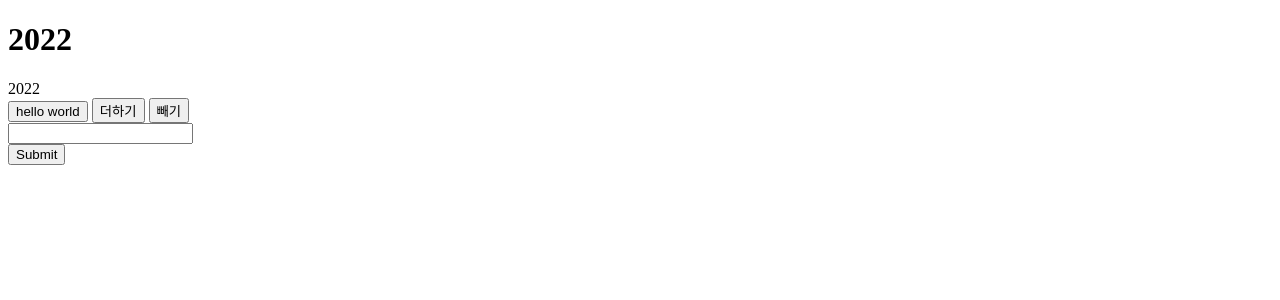
Repository: RyuGeunHwan/code_J
Page: Vuejs/22-08-09 vuejs 이벤트.html
These files come from the project's save history. The page is drawn as it stood at one moment and after the next save; the edit follows.
The browser window is 1280 px wide. The pictures show the whole page.

Above is the page before, as saved 2022-08-09 14:54:01.

### Vuejs/22-08-09 vuejs 이벤트.html
<!DOCTYPE html>
<html lang="en">
<head>
    <meta charset="UTF-8">
    <meta http-equiv="X-UA-Compatible" content="IE=edge">
    <meta name="viewport" content="width=device-width, initial-scale=1.0">
    <title>vuejs 이벤트</title>
    <!-- vue CDN -->
    <script src="https://cdn.jsdelivr.net/npm/vue/dist/vue.js"></script>
    <script src="https://cdn.jsdelivr.net/npm/vue@2.6.0"></script>
    <script type="module">
        import Vue from 'https://cdn.jsdelivr.net/npm/vue@2.6.12/dist/vue.esm.browser.js'
      </script>
</head>
<body>

    <!-- 이벤트 실행 v-on: -->

    <div id="app">
        <h1>{{year}}</h1>
        {{year}} <br>
        <!-- alert이라는 함수 호출 -->
        <button v-on:click="alert()">hello world</button>

        <!-- plus이라는 함수 호출 -->
        <button v-on:click="plus()">더하기</button>

        <!-- minus이라는 함수 호출 -->
        <button v-on:click="minus()">빼기</button><br>

        <!-- from태그는 default: reload를 한다. -->
        <!-- .prevent  =>  이벤트 수식어로써 제출 이벤트가 페이지를 리로드하지 않습니다. -->
        <form v-on:submit.prevent="submit">
            <input :type="type"><br>
            <button type="submit">Submit</button>
        </form>


    </div>
    <script>
        new Vue({
            el: '#app',
            data: {
                year: 2022,
                type:'text'
            },
            methods: {
                alert(){
                    alert('hello world!');
                },
                plus(){
                    this.year++;
                },
                minus(){
                    this.year--;
                },
                submit(){
                    alert('submited')
                    console.log('hello world');
                }
            }
        })
    </script>
</body>
</html>

After the next save:
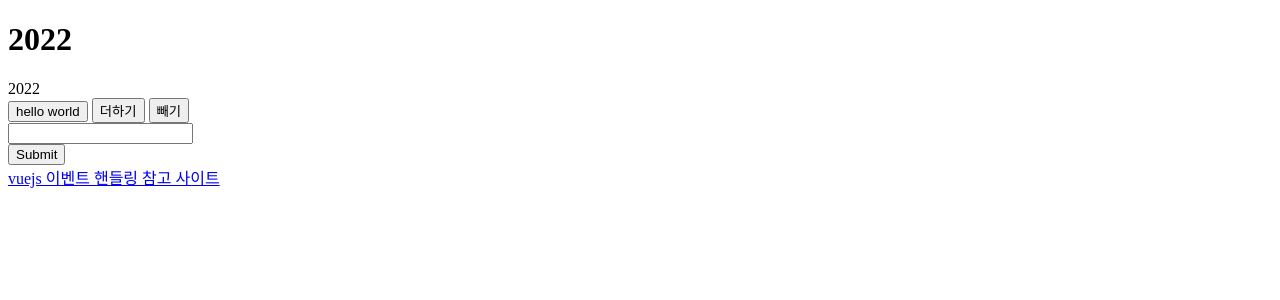
Saved 3 min 44 s later.
--- a/Vuejs/22-08-09 vuejs 이벤트.html
+++ b/Vuejs/22-08-09 vuejs 이벤트.html
@@ -35,6 +35,7 @@
             <button type="submit">Submit</button>
         </form>
 
+        <a :href="vuejs('html')">vuejs 이벤트 핸들링 참고 사이트</a>
 
     </div>
     <script>
@@ -42,9 +43,13 @@
             el: '#app',
             data: {
                 year: 2022,
-                type:'text'
+                type:'text',
+                link: 'https://kr.vuejs.org/v2/guide/events.'
             },
             methods: {
+                vuejs(file){
+                    return this.link+file;
+                },
                 alert(){
                     alert('hello world!');
                 },
